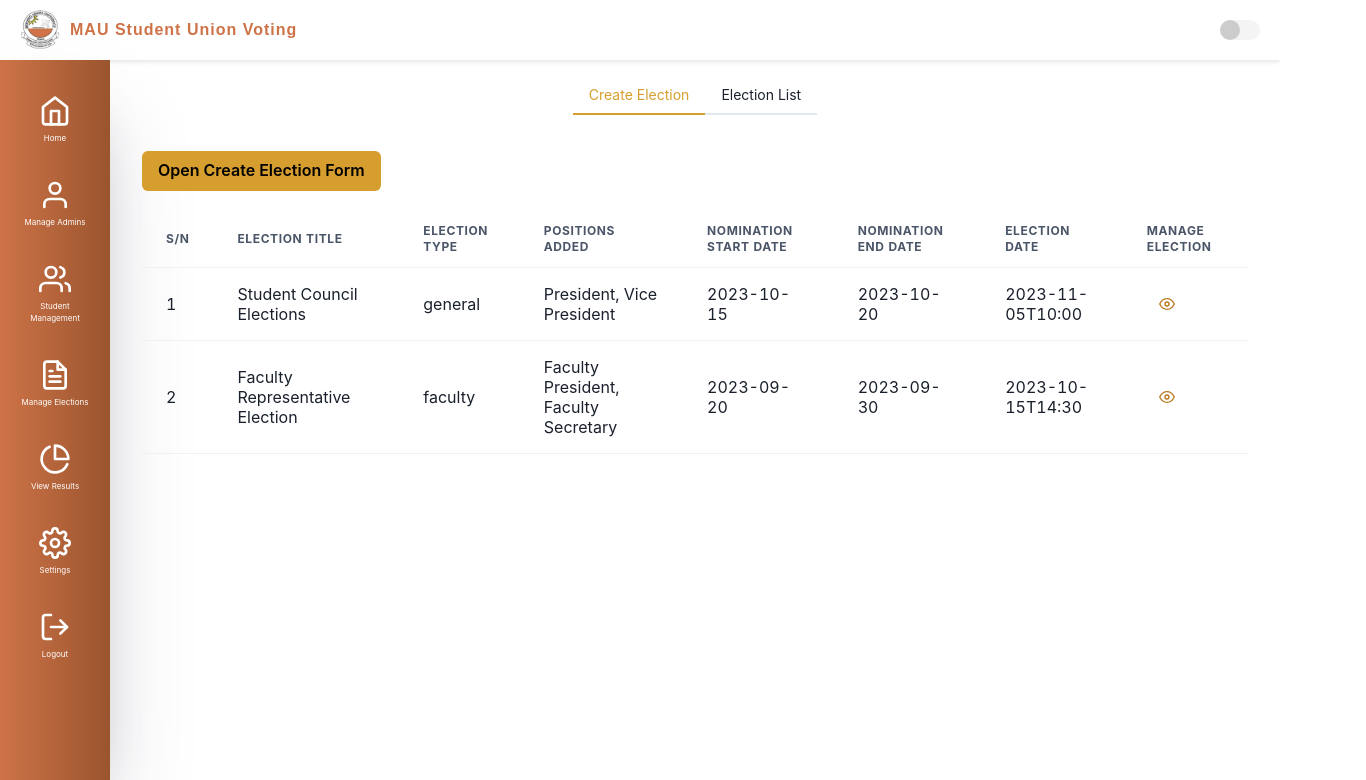
Repository: joena1o/e-vote
Page: /admin-dashboard/manage-elections
The author's editor kept a copy of each file at every save. The page is drawn from the files as they stood at one save, then again after the next save.
The browser window is 1280 px wide. The page is 1280 px wide, then 1366 px, so the pictures cover 1366 px, including what lies to the right of the window. The pictures show the whole page.
The project was rebuilt for these pictures with package versions that can differ from the ones it lists, and the page was loaded fresh each time. Also part of the build but not shown: src/components/EnhancedLogin.js, src/components/maincontent/RegisterStudents/ManageStudents.js, src/components/maincontent/RegisterStudents/RegisterStudents.js, src/components/maincontent/RegisterStudents/StudentManagement.js, src/components/maincontent/ElectionResults/ViewResults.js, src/components/maincontent/Settings/Settings.js, src/api/index.js, src/components/maincontent/home/Home.styles.js and 15 more.

Above is the page before, as saved 2023-10-27 03:17:39.

After the next save:
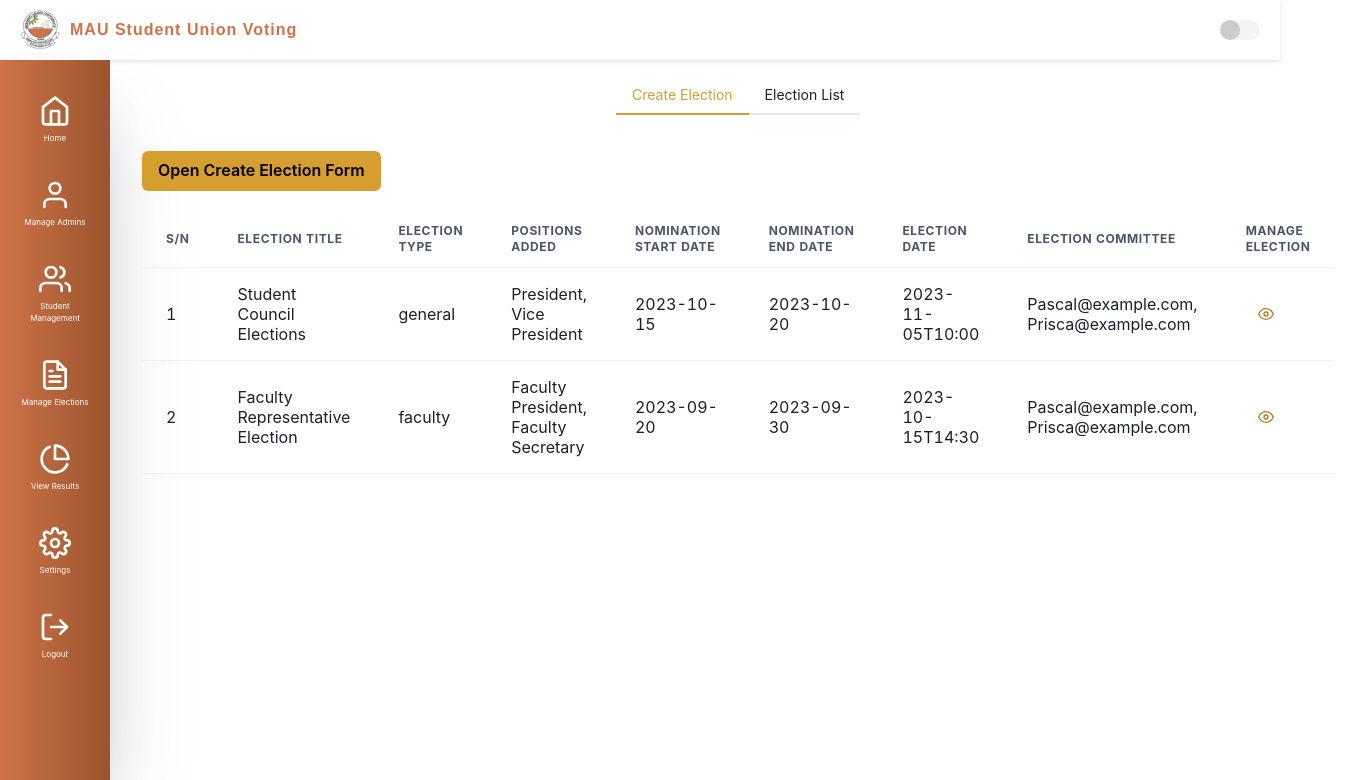
Saved 19 min 13 s later.
--- a/src/components/maincontent/ManageElections/CreateElection.js
+++ b/src/components/maincontent/ManageElections/CreateElection.js
@@ -1,7 +1,29 @@
 import React, { useState } from 'react';
 import Select from 'react-select';
 import { useFormik } from 'formik';
-import { Button, Modal, ModalOverlay, ModalContent, ModalHeader, ModalFooter, ModalBody, ModalCloseButton, Input, FormControl, FormLabel, Box, Table, Thead, Tbody, Tr, Th, Td, VStack, useColorMode, IconButton } from '@chakra-ui/react';
+import {
+  Button,
+  Modal,
+  ModalOverlay,
+  ModalContent,
+  ModalHeader,
+  ModalFooter,
+  ModalBody,
+  ModalCloseButton,
+  Input,
+  FormControl,
+  FormLabel,
+  Box,
+  Table,
+  Thead,
+  Tbody,
+  Tr,
+  Th,
+  Td,
+  VStack,
+  useColorMode,
+  IconButton,
+} from '@chakra-ui/react';
 import { FiCalendar, FiUsers, FiFileText, FiUserCheck, FiClipboard, FiType, FiEye } from 'react-icons/fi';
 
 const CreateElection = () => {
@@ -18,7 +40,7 @@ const CreateElection = () => {
       nominationEndDate: '2023-10-20',
       electionDate: '2023-11-05T10:00',
       positions: ['President', 'Vice President'],
-      committeeMembers: [],
+      committeeMembers: ['Pascal@example.com', 'Prisca@example.com'],
     },
     {
       electionTitle: 'Faculty Representative Election',
@@ -75,10 +97,9 @@ const CreateElection = () => {
 
   return (
     <>
-     <Button onClick={() => setModalIsOpen(true)} mt={5} bg="yellow.500" color="black" >
-       Open Create Election Form
-     </Button>
-
+      <Button onClick={() => setModalIsOpen(true)} mt={5} bg="yellow.500" color="black">
+        Open Create Election Form
+      </Button>
 
       <Box width="100%" mt={5}>
         <Table variant="simple">
@@ -91,6 +112,7 @@ const CreateElection = () => {
               <Th className="smaller-title">Nomination Start Date</Th>
               <Th className="smaller-title">Nomination End Date</Th>
               <Th className="smaller-title">Election Date</Th>
+              <Th className="smaller-title">Election Committee</Th>
               <Th className="smaller-title">Manage Election</Th>
             </Tr>
           </Thead>
@@ -104,6 +126,7 @@ const CreateElection = () => {
                 <Td>{election.nominationStartDate}</Td>
                 <Td>{election.nominationEndDate}</Td>
                 <Td>{election.electionDate}</Td>
+                <Td>{election.committeeMembers.join(', ')}</Td>
                 <Td>
                   <IconButton
                     aria-label="Manage Election"
@@ -124,6 +147,7 @@ const CreateElection = () => {
                 <Td>{election.nominationStartDate}</Td>
                 <Td>{election.nominationEndDate}</Td>
                 <Td>{election.electionDate}</Td>
+                <Td>{election.committeeMembers.join(', ')}</Td>
                 <Td>
                   <IconButton
                     aria-label="Manage Election"
@@ -227,11 +251,12 @@ const CreateElection = () => {
               </FormControl>
 
               <FormControl width="100%">
-                <FormLabel>Committee Members:</FormLabel>
+                <FormLabel>Election Committee:</FormLabel>
                 <Box width="100%">
                   <Select
                     isMulti
                     options={students}
+                    name="committeeMembers"
                     onChange={(selectedOptions) => {
                       formik.setFieldValue(
                         'committeeMembers',
@@ -241,7 +266,7 @@ const CreateElection = () => {
                     value={students.filter((student) =>
                       formik.values.committeeMembers.includes(student.value)
                     )}
-                    placeholder="Select members..."
+                    placeholder="Select committee members..."
                     isDark={colorMode === 'dark'}
                   />
                 </Box>
